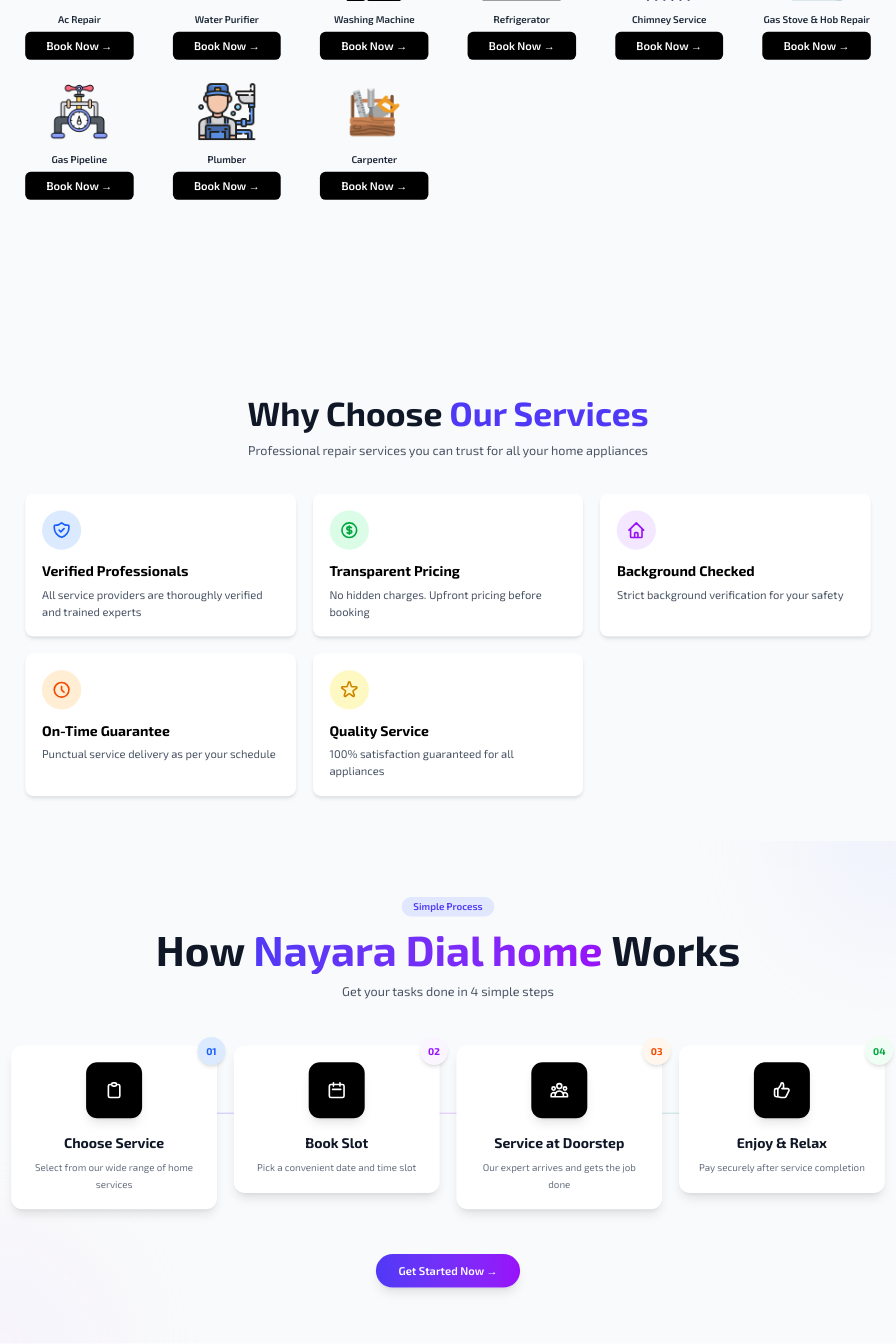
Repository: deepak445566/repai
Page: / (app in repair/)
These files come from the project's save history. The page is drawn as it stood at one moment and after the next save; the edit follows.
The browser window is 1280 px wide. The pictures show the part of the page from y = 938 to 2858 px (the page is 2858 px tall before and 2746 px after), at 70% of full size.
Pictures or frames that could not be fetched are drawn as grey boxes. The project was rebuilt for these pictures with package versions that can differ from the ones it lists, and the page was loaded fresh each time. The framework's server and built-in components were replaced by stand-ins that run in the browser. Also part of the build but not shown: repair/next.config.mjs.

Above is the page before, as saved 2026-04-15 14:47:48.

### repair/src/app/layout.js
import { Abril_Fatface, Exo_2, Geist, Geist_Mono } from "next/font/google";
import "./globals.css";

const geistSans = Geist({
  variable: "--font-geist-sans",
  subsets: ["latin"],
});

const geistMono = Geist_Mono({
  variable: "--font-geist-mono",
  subsets: ["latin"],
});
const abril = Abril_Fatface({
  weight: '400',
  subsets: ['latin'],
  variable: '--font-abril',
});

const exo = Exo_2({
  subsets: ['latin'],
  weight: ['400','600','700'],
  variable: '--font-exo',
});

export const metadata = {
  title: "Create Next App",
  description: "Generated by create next app",
};

export default function RootLayout({ children }) {
  return (
    <html
      lang="en"
      className={`${geistSans.variable} ${geistMono.variable} ${abril.variable} ${exo.variable} h-full antialiased`}
    >
      <body className="min-h-full flex flex-col">{children}</body>
    </html>
  );
}

### repair/src/app/page.js
import HeroPage from '@/components/heroPage'
import ServicesPage from '@/components/Service'
import WhyChooseUs from '@/components/whyChooseUs'
import HowItWorks from '@/components/work'
import React from 'react'

function page() {
  return (
   <>
   <HeroPage/>
   <ServicesPage/>
   <WhyChooseUs/>
   <HowItWorks/>
   </>
  )
}

export default page

### repair/src/app/globals.css
@import "tailwindcss";

:root {
  --background: #ffffff;
  --foreground: #171717;
}

@theme inline {
  --color-background: var(--background);
  --color-foreground: var(--foreground);
  --font-sans: var(--font-geist-sans);
  --font-mono: var(--font-geist-mono);
}

@media (prefers-color-scheme: dark) {
  :root {
    --background: #0a0a0a;
    --foreground: #ededed;
  }
}

body {
  background: var(--background);
  color: var(--foreground);
  font-family: var(--font-parkinsans);
}



.abril {
  font-family: var(--font-abril);
}

.exo {
  font-family: var(--font-exo);
}

### repair/src/components/heroPage.jsx
import Image from 'next/image';

export default function HeroPage() {
  return (
    <div className="min-h-screen bg-gradient-to-br from-white to-gray-50 flex items-center justify-center px-4 lg:px-12 py-12">
      <div className="max-w-7xl mx-auto w-full">
        <div className="flex flex-col lg:flex-row items-center gap-12 lg:gap-10">

          {/* Left Section - 60% Width */}
          <div className="w-full lg:w-[55%] text-center lg:text-left space-y-6">
            <div className="inline-block px-4 py-1.5 rounded-full bg-indigo-50 text-indigo-600 text-sm font-semibold tracking-wide">
              ✨ Welcome to the Future
            </div>

            <h1 className="text-4xl sm:text-5xl lg:text-6xl font-bold tracking-tight text-gray-900 leading-tight uppercase exo">
            Book Trusted Home
              <span className="text-indigo-600 block"> Services Near You</span>
            </h1>

            <p className="text-lg text-gray-600 max-w-xl mx-auto lg:mx-0 exo">
         Expert professionals for AC repair, cleaning, plumbing, appliances & more. Verified, insured, and guaranteed.
            </p>

            <div className="flex flex-col sm:flex-row gap-4 justify-center lg:justify-start pt-4">
              <button className="px-8 py-3 rounded-full bg-indigo-600 text-white font-semibold shadow-lg hover:bg-indigo-700 transition-all duration-200 transform hover:scale-105">
                Get Started →
              </button>
              <button className="px-8 py-3 rounded-full border-2 border-gray-300 text-gray-700 font-semibold hover:bg-gray-50 transition-all duration-200">
                Learn More
              </button>
            </div>
          </div>

          {/* Right Section - 40% Width */}
          <div className="w-full lg:w-[45%] flex justify-center lg:justify-end">
            <div className="relative w-full max-w-sm sm:max-w-md lg:max-w-lg">
              <div className="absolute inset-0 opacity-60 -z-10"></div>
              <div className="relative overflow-hidden">
                {/* Size control - Apni hisaab se change karo */}
                <div className="relative w-[350px] h-[400px] md:w-[400px] md:h-[400px] lg:w-[550px] lg:h-[550px] mx-auto ">
                  <Image
                    src="/images/image1.png"
                    alt="Hero Image"
                    fill
                    className="object-contain p-4"
                    priority
                  />
                </div>
              </div>
            </div>
          </div>
        </div>
      </div>
    </div>
  );
}

### repair/src/components/Service.jsx
'use client'

import Image from 'next/image';
import { useRouter } from 'next/navigation';

export default function ServicesPage() {
  const router = useRouter();

  const services = [
    { id: 1, title: "Ac Repair", image: "/images/acrepair.png" },
    { id: 2, title: "Water Purifier", image: "/images/waterrepair.png" },
    { id: 3, title: "Washing Machine", image: "/images/washrepair.png" },
    { id: 4, title: "Refrigerator", image: "/images/fridgerepair.png" },
    { id: 5, title: "Chimney Service", image: "/images/chimneyrepair.png" },
    { id: 6, title: "Gas Stove & Hob Repair", image: "/images/gasrepair.png" },
    { id: 7, title: "Gas Pipeline", image: "/images/piperepair.png" },
    { id: 8, title: "Plumber", image: "/images/plumberrepair.png" },
    { id: 9, title: "Carpenter", image: "/images/carrepair.png" },
  ];

  const handleBookNow = (serviceTitle) => {
    // Navigate to booking page with service name
    router.push(`/book?service=${encodeURIComponent(serviceTitle)}`);
  };

  return (
    <div className="min-h-screen bg-gray-50 py-12 px-4 exo">
      <div className="max-w-7xl mx-auto">

        <div className="text-center mb-8">
          <h2 className="text-3xl sm:text-5xl font-bold text-gray-900 mb-2">
            Most Used <span className="text-indigo-600">Services</span>
          </h2>
        </div>

        <div className="grid grid-cols-2 lg:grid-cols-6 gap-3 md:gap-4">
          {services.map((service) => (
            <div key={service.id} className="group cursor-pointer">
              {/* Image Section */}
              <div className="relative h-20 sm:h-22 md:h-25">
                <Image
                  src={service.image}
                  alt={service.title}
                  fill
                  className="object-contain p-2 transition-transform duration-500 group-hover:scale-110"
                />
              </div>

              {/* Title Section */}
              <div className="py-2 px-1 text-center">
                <h3 className="text-xs sm:text-sm font-semibold text-gray-800  ">
                  {service.title}
                </h3>
              </div>

              {/* Book Button */}
              <div className="px-5 pb-2">
                <button
                  onClick={() => handleBookNow(service.title)}
                  className="w-full bg-black text-white text-xm font-semibold py-2  rounded-lg "
                >
                  Book Now →
                </button>
              </div>
            </div>
          ))}
        </div>
      </div>
    </div>
  );
}

### repair/src/components/whyChooseUs.jsx
import Image from 'next/image';

export default function WhyChooseUs() {
  return (
    <div className="bg-gray-50 py-12 px-4 lg:px-9 sm:py-16 exo">
      <div className="max-w-7xl mx-auto">

        {/* Header with Image */}
        <div className="text-center mb-10 sm:mb-12">
          <h2 className="text-3xl sm:text-4xl lg:text-5xl font-bold text-gray-900 mb-3 sm:mb-4">
            Why Choose <span className="text-indigo-600">Our Services</span>
          </h2>
          <p className="text-gray-600 text-base sm:text-lg max-w-2xl mx-auto px-2">
            Professional repair services you can trust for all your home appliances
          </p>
        </div>

        {/* Features Grid - Mobile: 2 columns, Tablet/Desktop: 3 columns */}
        <div className="grid grid-cols-2 lg:grid-cols-3 gap-3 sm:gap-4 md:gap-6 text-black exo">
          {/* Feature 1 */}
          <div className="bg-white rounded-xl p-4 sm:p-5 md:p-6 shadow-md hover:shadow-xl transition-all">
            <div className="w-10 h-10 sm:w-12 sm:h-12 md:w-14 md:h-14 bg-blue-100 rounded-full flex items-center justify-center mb-3 sm:mb-4">
              <svg className="w-5 h-5 sm:w-6 sm:h-6 md:w-7 md:h-7 text-blue-600" fill="none" stroke="currentColor" viewBox="0 0 24 24">
                <path strokeLinecap="round" strokeLinejoin="round" strokeWidth={2} d="M9 12l2 2 4-4m5.618-4.016A11.955 11.955 0 0112 2.944a11.955 11.955 0 01-8.618 3.04A12.02 12.02 0 003 9c0 5.591 3.824 10.29 9 11.622 5.176-1.332 9-6.03 9-11.622 0-1.042-.133-2.052-.382-3.016z" />
              </svg>
            </div>
            <h3 className="text-base sm:text-lg md:text-xl font-bold mb-1 sm:mb-2">Verified Professionals</h3>
            <p className="text-gray-600 text-xs sm:text-sm md:text-base">All service providers are thoroughly verified and trained experts</p>
          </div>

          {/* Feature 2 */}
          <div className="bg-white rounded-xl p-4 sm:p-5 md:p-6 shadow-md hover:shadow-xl transition-all">
            <div className="w-10 h-10 sm:w-12 sm:h-12 md:w-14 md:h-14 bg-green-100 rounded-full flex items-center justify-center mb-3 sm:mb-4">
              <svg className="w-5 h-5 sm:w-6 sm:h-6 md:w-7 md:h-7 text-green-600" fill="none" stroke="currentColor" viewBox="0 0 24 24">
                <path strokeLinecap="round" strokeLinejoin="round" strokeWidth={2} d="M12 8c-1.657 0-3 .895-3 2s1.343 2 3 2 3 .895 3 2-1.343 2-3 2m0-8c1.11 0 2.08.402 2.599 1M12 8V7m0 1v8m0 0v1m0-1c-1.11 0-2.08-.402-2.599-1M21 12a9 9 0 11-18 0 9 9 0 0118 0z" />
              </svg>
            </div>
            <h3 className="text-base sm:text-lg md:text-xl font-bold mb-1 sm:mb-2">Transparent Pricing</h3>
            <p className="text-gray-600 text-xs sm:text-sm md:text-base">No hidden charges. Upfront pricing before booking</p>
          </div>

          {/* Feature 3 */}
          <div className="bg-white rounded-xl p-4 sm:p-5 md:p-6 shadow-md hover:shadow-xl transition-all">
            <div className="w-10 h-10 sm:w-12 sm:h-12 md:w-14 md:h-14 bg-purple-100 rounded-full flex items-center justify-center mb-3 sm:mb-4">
              <svg className="w-5 h-5 sm:w-6 sm:h-6 md:w-7 md:h-7 text-purple-600" fill="none" stroke="currentColor" viewBox="0 0 24 24">
                <path strokeLinecap="round" strokeLinejoin="round" strokeWidth={2} d="M3 12l2-2m0 0l7-7 7 7M5 10v10a1 1 0 001 1h3m10-11l2 2m-2-2v10a1 1 0 01-1 1h-3m-6 0a1 1 0 001-1v-4a1 1 0 011-1h2a1 1 0 011 1v4a1 1 0 001 1m-6 0h6" />
              </svg>
            </div>
            <h3 className="text-base sm:text-lg md:text-xl font-bold mb-1 sm:mb-2">Background Checked</h3>
            <p className="text-gray-600 text-xs sm:text-sm md:text-base">Strict background verification for your safety</p>
          </div>

          {/* Feature 4 */}
          <div className="bg-white rounded-xl p-4 sm:p-5 md:p-6 shadow-md hover:shadow-xl transition-all">
            <div className="w-10 h-10 sm:w-12 sm:h-12 md:w-14 md:h-14 bg-orange-100 rounded-full flex items-center justify-center mb-3 sm:mb-4">
              <svg className="w-5 h-5 sm:w-6 sm:h-6 md:w-7 md:h-7 text-orange-600" fill="none" stroke="currentColor" viewBox="0 0 24 24">
                <path strokeLinecap="round" strokeLinejoin="round" strokeWidth={2} d="M12 8v4l3 3m6-3a9 9 0 11-18 0 9 9 0 0118 0z" />
              </svg>
            </div>
            <h3 className="text-base sm:text-lg md:text-xl font-bold mb-1 sm:mb-2">On-Time Guarantee</h3>
            <p className="text-gray-600 text-xs sm:text-sm md:text-base">Punctual service delivery as per your schedule</p>
          </div>

          {/* Feature 5 */}
          <div className="bg-white rounded-xl p-4 sm:p-5 md:p-6 shadow-md hover:shadow-xl transition-all">
            <div className="w-10 h-10 sm:w-12 sm:h-12 md:w-14 md:h-14 bg-yellow-100 rounded-full flex items-center justify-center mb-3 sm:mb-4">
              <svg className="w-5 h-5 sm:w-6 sm:h-6 md:w-7 md:h-7 text-yellow-600" fill="none" stroke="currentColor" viewBox="0 0 24 24">
                <path strokeLinecap="round" strokeLinejoin="round" strokeWidth={2} d="M11.049 2.927c.3-.921 1.603-.921 1.902 0l1.519 4.674a1 1 0 00.95.69h4.915c.969 0 1.371 1.24.588 1.81l-3.976 2.888a1 1 0 00-.363 1.118l1.518 4.674c.3.922-.755 1.688-1.538 1.118l-3.976-2.888a1 1 0 00-1.176 0l-3.976 2.888c-.783.57-1.838-.197-1.538-1.118l1.518-4.674a1 1 0 00-.363-1.118l-3.976-2.888c-.784-.57-.38-1.81.588-1.81h4.914a1 1 0 00.951-.69l1.519-4.674z" />
              </svg>
            </div>
            <h3 className="text-base sm:text-lg md:text-xl font-bold mb-1 sm:mb-2">Quality Service</h3>
            <p className="text-gray-600 text-xs sm:text-sm md:text-base">100% satisfaction guaranteed for all appliances</p>
          </div>

        </div>
      </div>
    </div>
  );
}

### repair/src/components/work.jsx
'use client'
import Image from 'next/image';
import { useState, useEffect } from 'react';

export default function HowItWorks() {
  const [visibleSteps, setVisibleSteps] = useState([false, false, false, false]);

  useEffect(() => {
    const timers = steps.map((_, i) => {
      return setTimeout(() => {
        setVisibleSteps(prev => {
          const newState = [...prev];
          newState[i] = true;
          return newState;
        });
      }, i * 200);
    });
    return () => timers.forEach(timer => clearTimeout(timer));
  }, []);

  const steps = [
    {
      number: "01",
      title: "Choose Service",
      description: "Select from our wide range of home services",
      color: "blue",
      icon: (
        <svg className="w-6 h-6 sm:w-7 sm:h-7" fill="none" stroke="currentColor" viewBox="0 0 24 24">
          <path strokeLinecap="round" strokeLinejoin="round" strokeWidth={2} d="M9 5H7a2 2 0 00-2 2v12a2 2 0 002 2h10a2 2 0 002-2V7a2 2 0 00-2-2h-2M9 5a2 2 0 002 2h2a2 2 0 002-2M9 5a2 2 0 012-2h2a2 2 0 012 2" />
        </svg>
      )
    },
    {
      number: "02",
      title: "Book Slot",
      description: "Pick a convenient date and time slot",
      color: "purple",
      icon: (
        <svg className="w-6 h-6 sm:w-7 sm:h-7" fill="none" stroke="currentColor" viewBox="0 0 24 24">
          <path strokeLinecap="round" strokeLinejoin="round" strokeWidth={2} d="M8 7V3m8 4V3m-9 8h10M5 21h14a2 2 0 002-2V7a2 2 0 00-2-2H5a2 2 0 00-2 2v12a2 2 0 002 2z" />
        </svg>
      )
    },
    {
      number: "03",
      title: "Service at Doorstep",
      description: "Our expert arrives and gets the job done",
      color: "orange",
      icon: (
        <svg className="w-6 h-6 sm:w-7 sm:h-7" fill="none" stroke="currentColor" viewBox="0 0 24 24">
          <path strokeLinecap="round" strokeLinejoin="round" strokeWidth={2} d="M17 20h5v-2a3 3 0 00-5.356-1.857M17 20H7m10 0v-2c0-.656-.126-1.283-.356-1.857M7 20H2v-2a3 3 0 015.356-1.857M7 20v-2c0-.656.126-1.283.356-1.857m0 0a5.002 5.002 0 019.288 0M15 7a3 3 0 11-6 0 3 3 0 016 0zm6 3a2 2 0 11-4 0 2 2 0 014 0zM7 10a2 2 0 11-4 0 2 2 0 014 0z" />
        </svg>
      )
    },
    {
      number: "04",
      title: "Enjoy & Relax",
      description: "Pay securely after service completion",
      color: "green",
      icon: (
        <svg className="w-6 h-6 sm:w-7 sm:h-7" fill="none" stroke="currentColor" viewBox="0 0 24 24">
          <path strokeLinecap="round" strokeLinejoin="round" strokeWidth={2} d="M14 10h4.764a2 2 0 011.789 2.894l-3.5 7A2 2 0 0115.263 21h-4.017c-.163 0-.326-.02-.485-.06L7 20m7-10V5a2 2 0 00-2-2h-.095c-.5 0-.905.405-.905.905 0 .714-.211 1.412-.608 2.006L7 11v9m7-10h-2M7 20H5a2 2 0 01-2-2v-6a2 2 0 012-2h2.5" />
        </svg>
      )
    }
  ];


  const bgColors = {
    blue: "bg-blue-100 group-hover:bg-blue-100",
    purple: "bg-purple-50 group-hover:bg-purple-100",
    orange: "bg-orange-50 group-hover:bg-orange-100",
    green: "bg-green-50 group-hover:bg-green-100"
  };

  const textColors = {
    blue: "text-blue-600",
    purple: "text-purple-600",
    orange: "text-orange-600",
    green: "text-green-600"
  };

  return (
    <div className="bg-[#F9FAFB] py-12 sm:py-16 md:py-20 px-4 relative overflow-hidden exo">
      {/* Background Decoration - Responsive */}
      <div className="absolute inset-0 overflow-hidden">
        <div className="absolute -top-40 -right-40 w-60 h-60 sm:w-80 sm:h-80 bg-indigo-100 rounded-full opacity-30 blur-3xl"></div>
        <div className="absolute -bottom-40 -left-40 w-60 h-60 sm:w-80 sm:h-80 bg-purple-100 rounded-full opacity-30 blur-3xl"></div>
      </div>

      <div className="max-w-7xl mx-auto relative z-10">

        {/* Creative Header - Responsive */}
        <div className="text-center mb-10 sm:mb-12 md:mb-16">
          <div className="inline-block mb-3 sm:mb-4">
            <div className="bg-indigo-100 text-indigo-600 px-3 py-1 sm:px-4 sm:py-1 rounded-full text-xs sm:text-sm font-semibold">
              Simple Process
            </div>
          </div>
          <h2 className="text-2xl sm:text-4xl md:text-5xl lg:text-6xl font-bold text-gray-900 mb-2 sm:mb-4 ">
            How <span className="bg-gradient-to-r from-indigo-600 to-purple-600 bg-clip-text text-transparent">Nayara Dial home </span> Works
          </h2>
          <p className="text-gray-600 text-sm sm:text-base md:text-lg max-w-2xl mx-auto px-2">
            Get your tasks done in 4 simple steps
          </p>
        </div>

        {/* Steps Grid - Fully Responsive */}
        <div className="relative">
          {/* Connecting Lines - Hidden on mobile & tablet, show on desktop */}
          <div className="hidden lg:block absolute top-24 left-0 right-0 h-0.5 bg-gradient-to-r from-indigo-200 via-purple-200 to-green-200">
            <div className="absolute top-1/2 -translate-y-1/2 w-2 h-2 sm:w-3 sm:h-3 bg-indigo-500 rounded-full left-[12.5%]"></div>
            <div className="absolute top-1/2 -translate-y-1/2 w-2 h-2 sm:w-3 sm:h-3 bg-purple-500 rounded-full left-[37.5%]"></div>
            <div className="absolute top-1/2 -translate-y-1/2 w-2 h-2 sm:w-3 sm:h-3 bg-orange-500 rounded-full left-[62.5%]"></div>
          </div>

          {/* Grid - Mobile: 2 columns, Tablet: 2 columns, Desktop: 4 columns */}
          <div className="grid grid-cols-2 lg:grid-cols-4 gap-3 sm:gap-4 md:gap-5 lg:gap-6">
            {steps.map((step, index) => (
              <div
                key={index}
                className={`group relative transition-all duration-700 transform ${
                  visibleSteps[index] ? 'translate-y-0 opacity-100' : 'translate-y-10 opacity-0'
                }`}
              >
                {/* Card - Responsive padding */}
                <div className="relative bg-white rounded-xl sm:rounded-2xl p-4 sm:p-5 md:p-6 text-center shadow-md sm:shadow-lg hover:shadow-xl transition-all duration-300 hover:-translate-y-2">

                  {/* Icon Circle - Responsive sizes */}
                  <div className={`relative w-14 h-14 sm:w-16 sm:h-16 md:w-20 md:h-20 mx-auto mb-3 sm:mb-4 md:mb-5 bg-black rounded-xl sm:rounded-2xl flex items-center justify-center shadow-md sm:shadow-lg transform rotate-0 group-hover:rotate-12 transition-all duration-300`}>
                    <div className="text-white">
                      {step.icon}
                    </div>

                  </div>

                  {/* Step Number Badge - Responsive */}
                  <div className={`absolute -top-2 -right-2 sm:-top-3 sm:-right-3 w-7 h-7 sm:w-8 sm:h-8 md:w-10 md:h-10 ${bgColors[step.color]} rounded-full flex items-center justify-center shadow-md`}>
                    <span className={`text-xs sm:text-sm font-black ${textColors[step.color]}`}>{step.number}</span>
                  </div>

                  {/* Title - Responsive text */}
                  <h3 className={`text-sm sm:text-base md:text-lg lg:text-xl font-bold text-gray-900 mb-1 sm:mb-2 md:mb-3 transition-colors ${
                    step.title === "Service at Doorstep" ? "text-xs sm:text-sm md:text-base lg:text-lg" : ""
                  }`}>
                    {step.title}
                  </h3>

                  {/* Description - Responsive text */}
                  <p className="text-gray-500 text-xs sm:text-sm leading-relaxed">
                    {step.description}
                  </p>

                  {/* Bottom Decoration */}
                  <div className="absolute bottom-0 left-1/2 transform -translate-x-1/2 w-8 sm:w-10 md:w-12 h-0.5 bg-gradient-to-r from-transparent via-indigo-300 to-transparent opacity-0 group-hover:opacity-100 transition-opacity duration-300"></div>
                </div>
              </div>
            ))}
          </div>
        </div>

        {/* CTA Button - Responsive */}
        <div className="text-center mt-10 sm:mt-12 md:mt-16">
          <button className="bg-gradient-to-r from-indigo-600 to-purple-600 text-white px-6 sm:px-8 py-2.5 sm:py-3 rounded-full font-semibold text-sm sm:text-base shadow-lg hover:shadow-xl transform hover:-translate-y-1 transition-all duration-300">
            Get Started Now →
          </button>
        </div>
      </div>
    </div>
  );
}

After the next save:
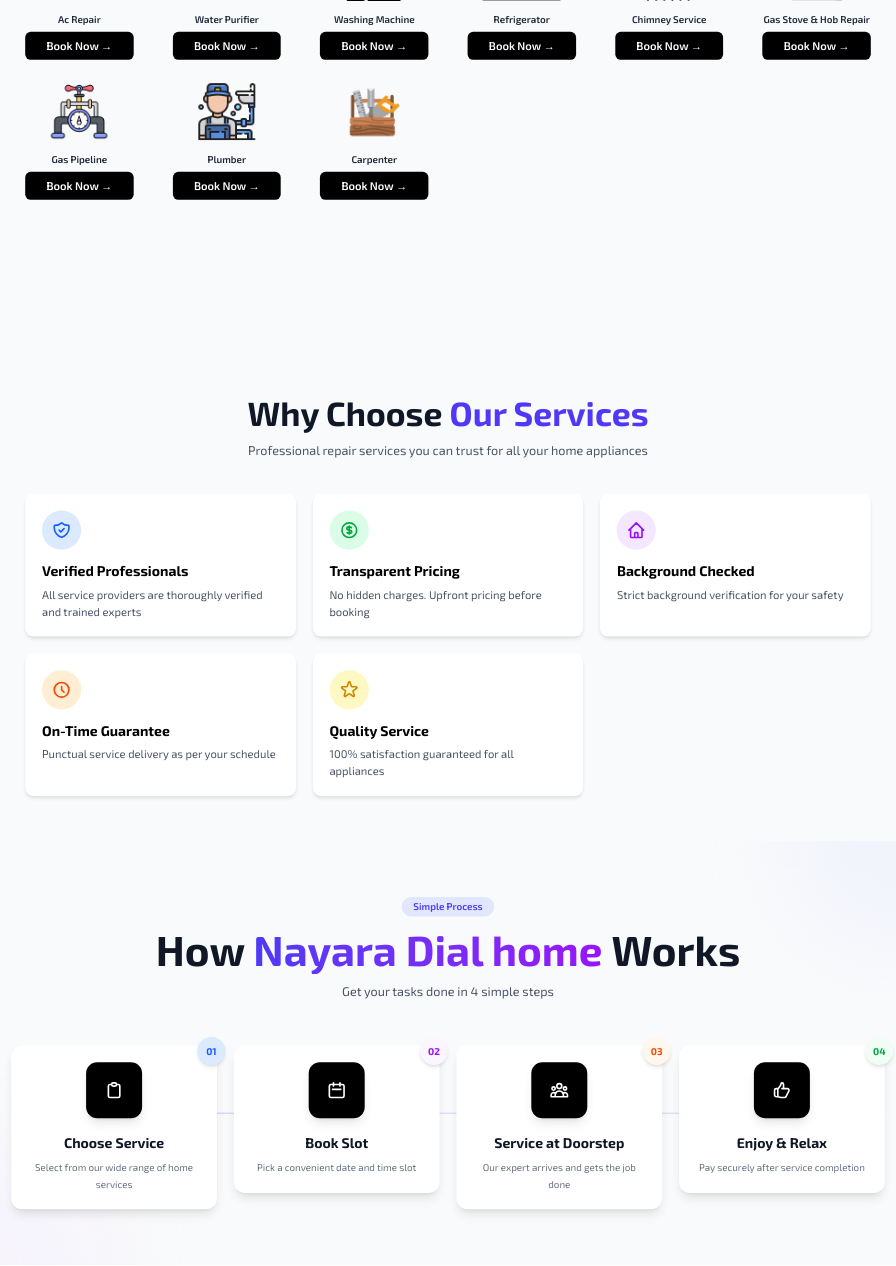
Saved 14 s later.
--- a/repair/src/components/work.jsx
+++ b/repair/src/components/work.jsx
@@ -159,12 +159,7 @@
           </div>
         </div>
 
-        {/* CTA Button - Responsive */}
-        <div className="text-center mt-10 sm:mt-12 md:mt-16">
-          <button className="bg-gradient-to-r from-indigo-600 to-purple-600 text-white px-6 sm:px-8 py-2.5 sm:py-3 rounded-full font-semibold text-sm sm:text-base shadow-lg hover:shadow-xl transform hover:-translate-y-1 transition-all duration-300">
-            Get Started Now →
-          </button>
-        </div>
+
       </div>
     </div>
   );
